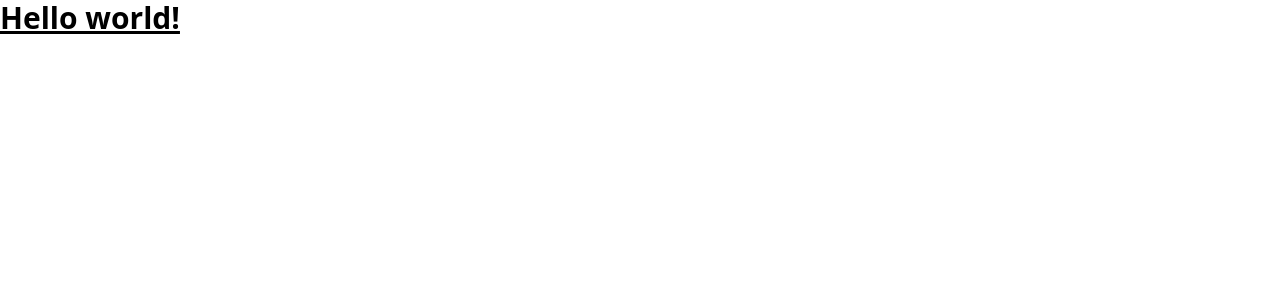
Repository: SOG-web/facebook-clone-react
Page: /
An editor plug-in stored every save of this project. The page is shown before and after the next save, followed by the edit.
The browser window is 1280 px wide. The pictures show the whole page.
The project was rebuilt for these pictures with package versions that can differ from the ones it lists, and the page was loaded fresh each time. Also part of the build but not shown: src/App.css.

Above is the page before, as saved 2022-08-29 09:37:20.

### src/App.js
import './App.css';

function App() {
  return <h1 className='text-3xl font-bold underline'>Hello world!</h1>;
}

export default App;

Loaded but not shown: public/index.html (common file); src/index.js (common file); src/index.css (common file); src/reportWebVitals.js (common file); tailwind.config.js (common file)

After the next save:
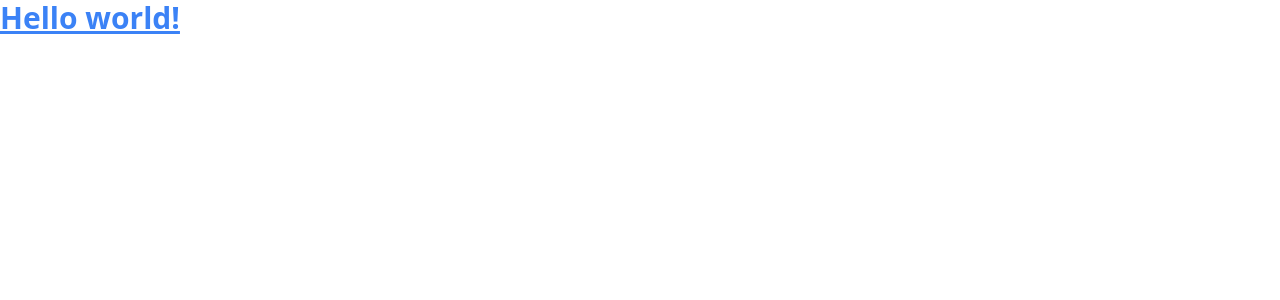
Saved 13 min 7 s later.
--- a/src/App.js
+++ b/src/App.js
@@ -1,7 +1,9 @@
 import './App.css';
 
 function App() {
-  return <h1 className='text-3xl font-bold underline'>Hello world!</h1>;
+  return (
+    <h1 className='text-3xl font-bold underline text-blue-500'>Hello world!</h1>
+  );
 }
 
 export default App;
